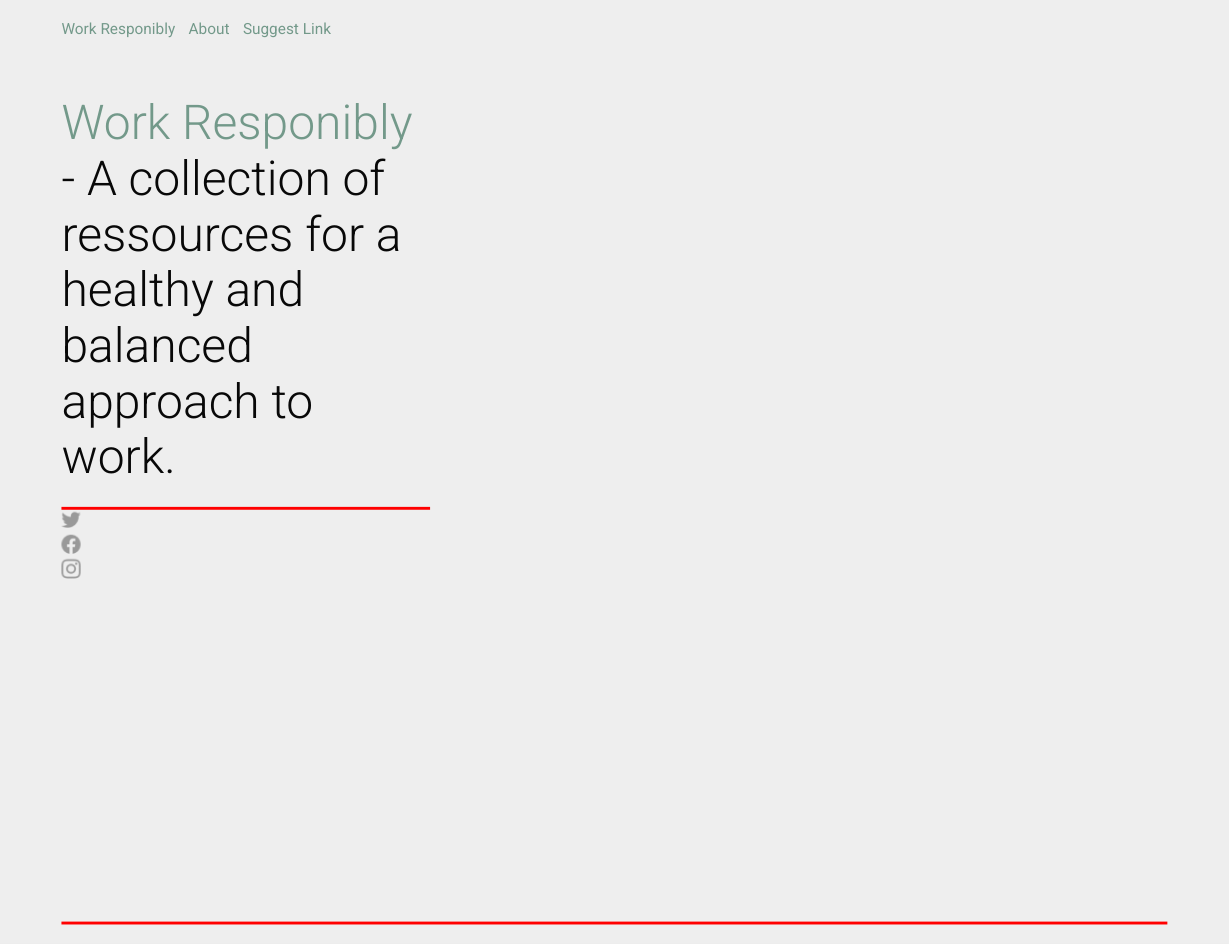
Repository: m0lt/modul_1
Page: 20250704_git_intro/Aufgaben/index.html
An editor plug-in stored every save of this project. The page is shown before and after the next save, followed by the edit.
The browser window is 1280 px wide. The pictures show the whole page, at 96% of full size.

Above is the page before, as saved 2025-07-07 16:59:48.

After the next save:
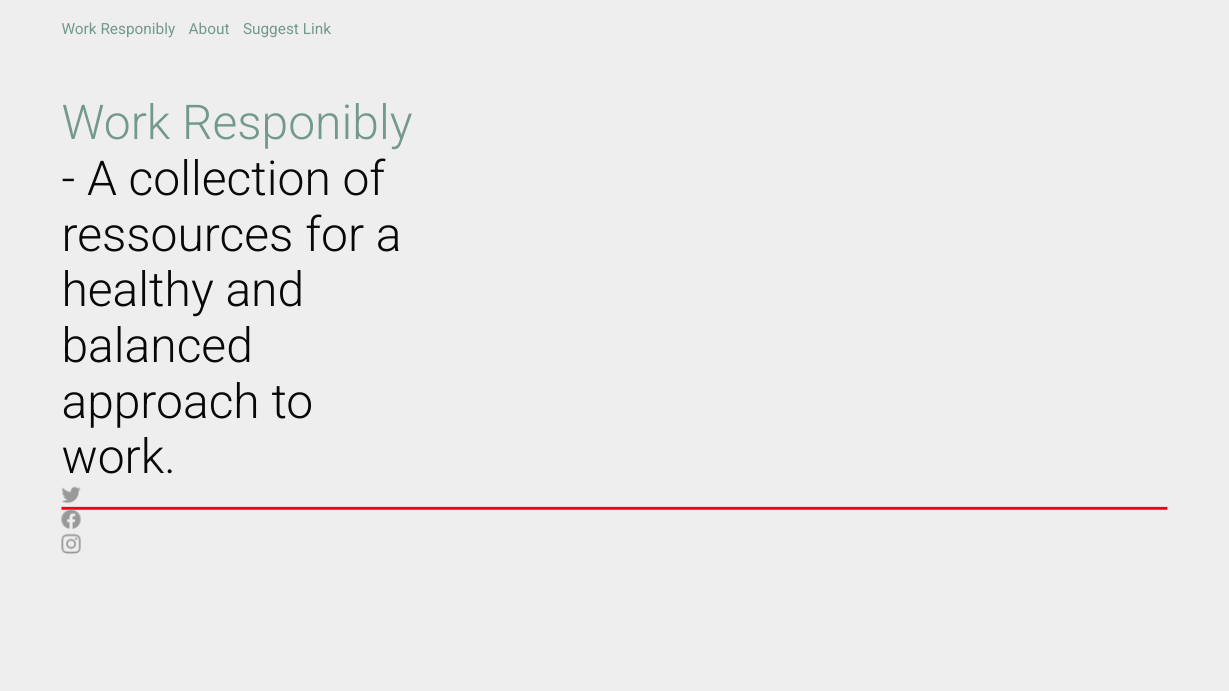
Saved 4 min 5 s later.
--- a/20250704_git_intro/Aufgaben/assets/css/styles.css
+++ b/20250704_git_intro/Aufgaben/assets/css/styles.css
@@ -25,7 +25,7 @@
   padding-right: 10px;
 }
 
-.hero div {
+.hero {
   height: 60vh;
   border-bottom: 3px solid red;
 }
@@ -50,5 +50,4 @@
   /* width: 5vw; */
   display: flex;
   padding-bottom: 5px;
-  align: right;
 }
